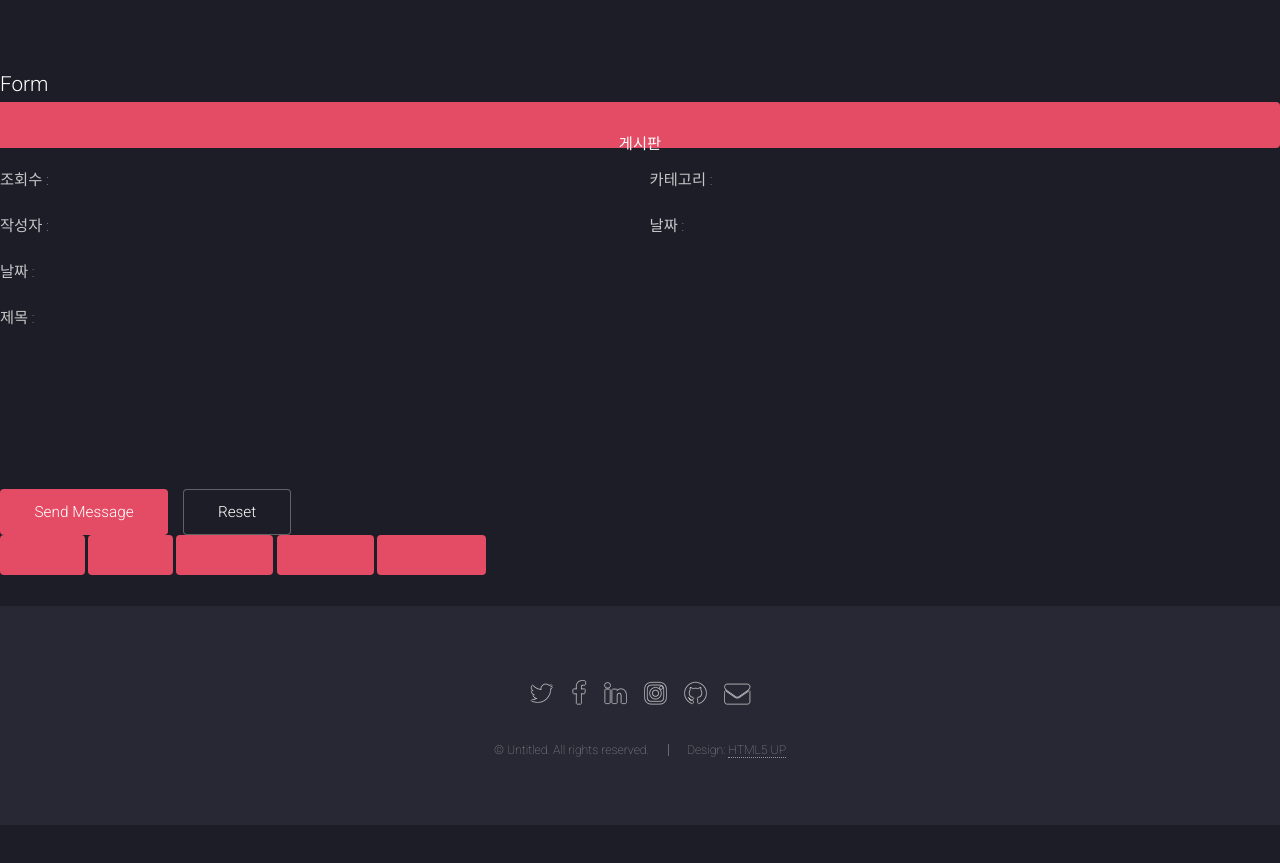
Repository: worMholEamkim/SpringEX
Page: http://localhost/bbs/bbsview.do
An editor plug-in stored every save of this project. The page is shown before and after the next save, followed by the edit.
The browser window is 1280 px wide. The pictures show the whole page.
The page is served by Tomcat 9. Queries for data that is not in the repository find no rows.

Above is the page before, as saved 2019-03-18 00:55:21.

After the next save:
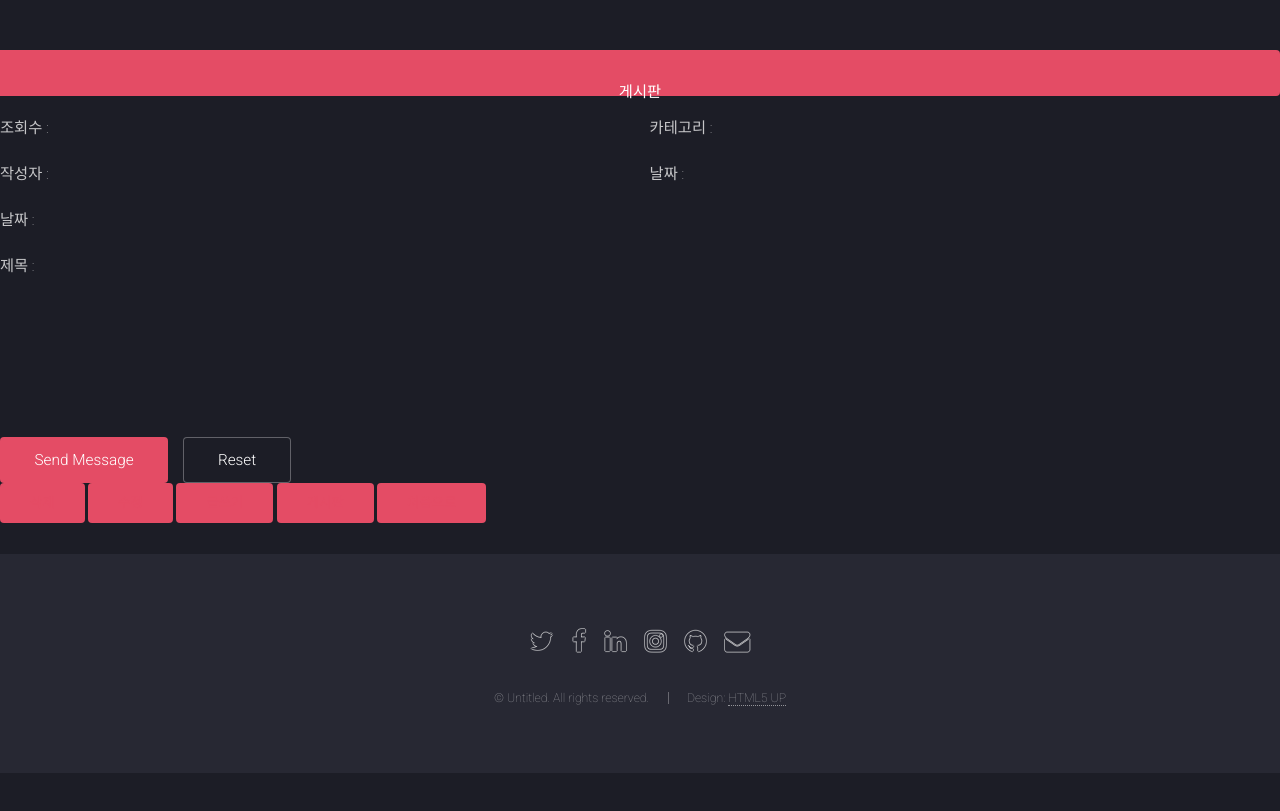
Saved 10 s later.
--- a/JSP_WepPage_Server-master.zip_expanded/JSP_WepPage_Server-master/bbs/WebContent/WEB-INF/bbsview.jsp
+++ b/JSP_WepPage_Server-master.zip_expanded/JSP_WepPage_Server-master/bbs/WebContent/WEB-INF/bbsview.jsp
@@ -164,7 +164,7 @@
 
 <!-- Form -->
 							<section>
-								<h3>Form</h3>
+
 								<form method="post" action="#">
 									<div class="row gtr-uniform gtr-50">
 									<botton class="button primary fit">게시판</botton>
